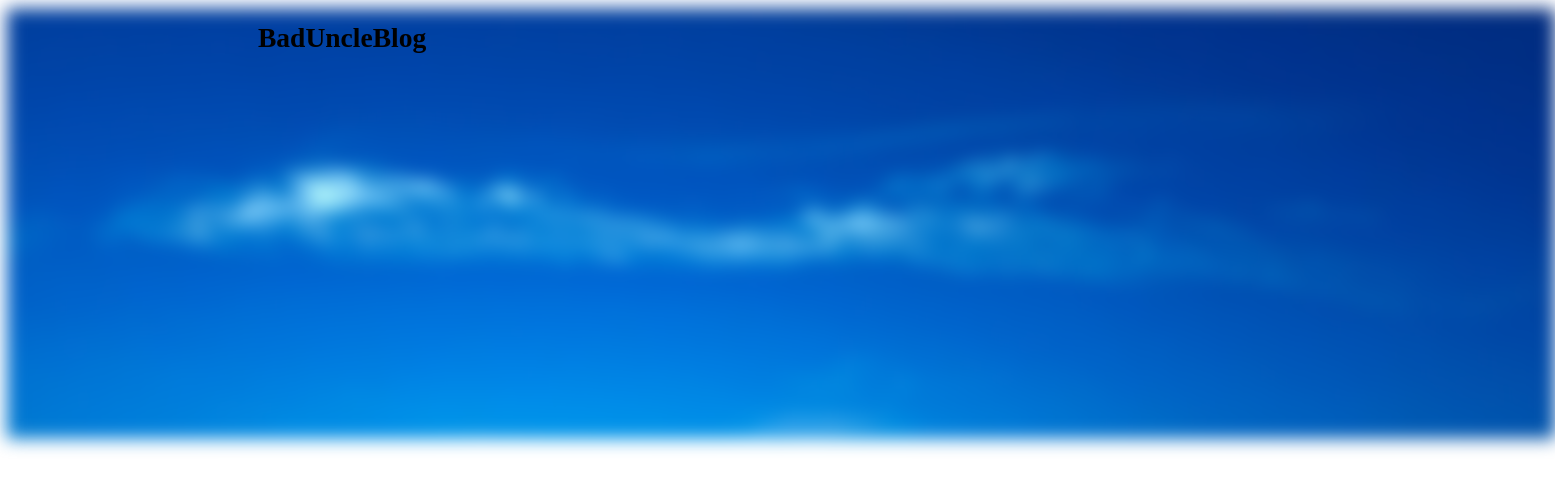
Repository: lidasi/monkeyLife
Page: http://localhost/monkeyLife/jsp/topbar.jsp
These files come from the project's save history. The page is drawn as it stood at one moment and after the next save; the edit follows.
The browser window is 1280 px wide. The page is 1808 px wide, then 1809 px, so the pictures cover 1809 px, including what lies to the right of the window. The pictures show the whole page, at 86% of full size.
The page is served by Tomcat 9.

Above is the page before, as saved 2017-07-13 07:12:31.

### workSpeaces/monkeyLife/WebContent/jsp/topbar.jsp
<%@ page language="java" contentType="text/html; charset=UTF-8"
    pageEncoding="UTF-8"%>
<!DOCTYPE html PUBLIC "-//W3C//DTD HTML 4.01 Transitional//EN" "http://www.w3.org/TR/html4/loose.dtd">
<html>
<head>
<meta http-equiv="Content-Type" content="text/html; charset=UTF-8">
<link rel="stylesheet" type="text/css" media="screen" href="../css/top.css">
<script type="text/javascript" src="../js/jquery.min.js"></script>
<title>topbar</title>
<script type="text/javascript">
        $(function(){
            var height = 500;
            var width = 1800;
            $("#backgroundImage").height(height).width(width);
        });
    </script>
</head>
<body>
	<div id="div-relative">
		<div id ="backgroundImage"></div>
			</div>
		<div id="title"><h1>BadUncleBlog</h1>


	</div>

</body>
</html>

### workSpeaces/monkeyLife/WebContent/css/top.css
@CHARSET "UTF-8";
.div-relative{position:relative; color:#000; border:1px solid #000; width:100%; height:200px}
#backgroundImage{
	position:absolute;
	border:1px;
	top:10px;
/*    border: 1px solid #CCCCCC;
    padding:90px 5px 10px;*/
    background: url("../image/dock/backgroundImage.jpg") no-repeat;
    background-size: cover;
    -webkit-filter: blur(10px);
    -ms-filter: blur(10px);
    filter: progid:DXImageTransform.Microsoft.Blur(PixelRadius=10, MakeShadow=false);
    animation:mymove 5s infinite;
    -webkit-animation:mymove 5s infinite;
}
@keyframes mymove
{
    0%   {top:10px; background:url("../image/dock/backgroundImage.jpg"); position:absolute;}
    50% {top:10px; background:url("../image/dock/background_001.jpg"); position:absolute;}
    100% {top:10px; background:url("../image/dock/backgroundImage.jpg"); position:absolute;}
}

@-webkit-keyframes mymove
{
    0%   {top:0px; background:url("../image/dock/backgroundImage.jpg" position:absolute;);
    }
    50%   {top:0px; background:url("../image/dock/background_001.jpg" position:absolute;);
    }
    100% {top:0px; background:url("../image/dock/backgroundImage.jpg" position:absolute;);
    }
}
#title{
	position:absolute; left:300px; top:5px; width: 300px; height: 100px;
}

Loaded but not shown: workSpeaces/monkeyLife/WebContent/js/jquery.min.js (library)

After the next save:
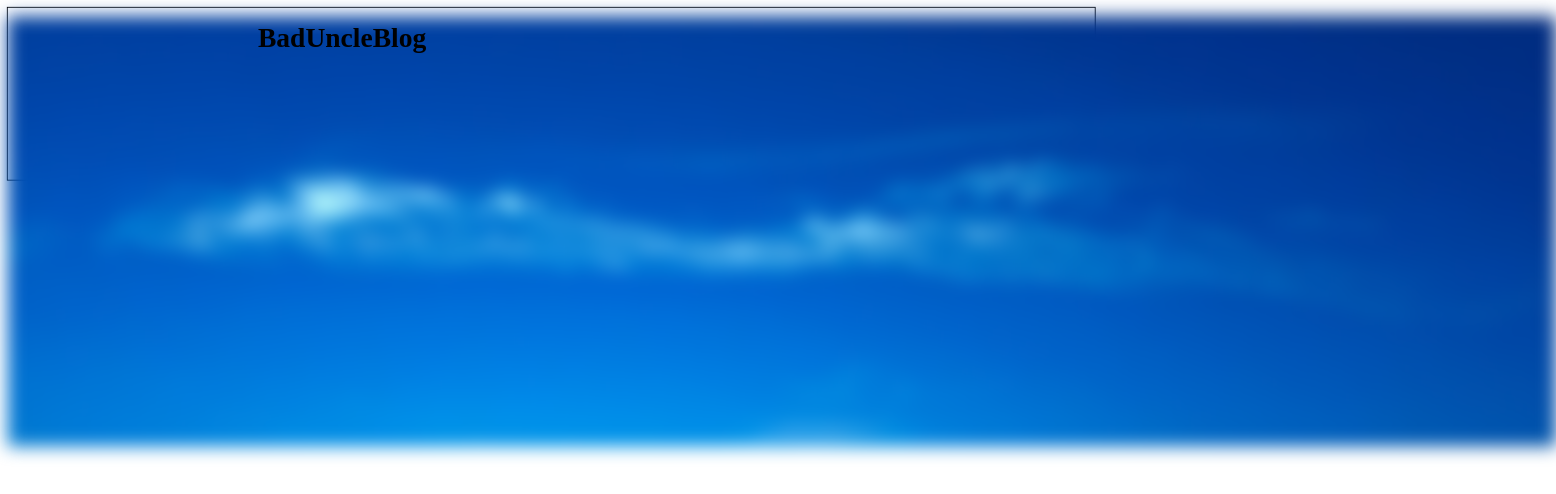
Saved 24 s later.
--- a/workSpeaces/monkeyLife/WebContent/css/top.css
+++ b/workSpeaces/monkeyLife/WebContent/css/top.css
@@ -1,5 +1,5 @@
 @CHARSET "UTF-8";
-.div-relative{position:relative; color:#000; border:1px solid #000; width:100%; height:200px}
+#div-relative{position:relative; color:#000; border:1px solid #000; width:100%; height:200px}
 #backgroundImage{
 	position:absolute;
 	border:1px;
